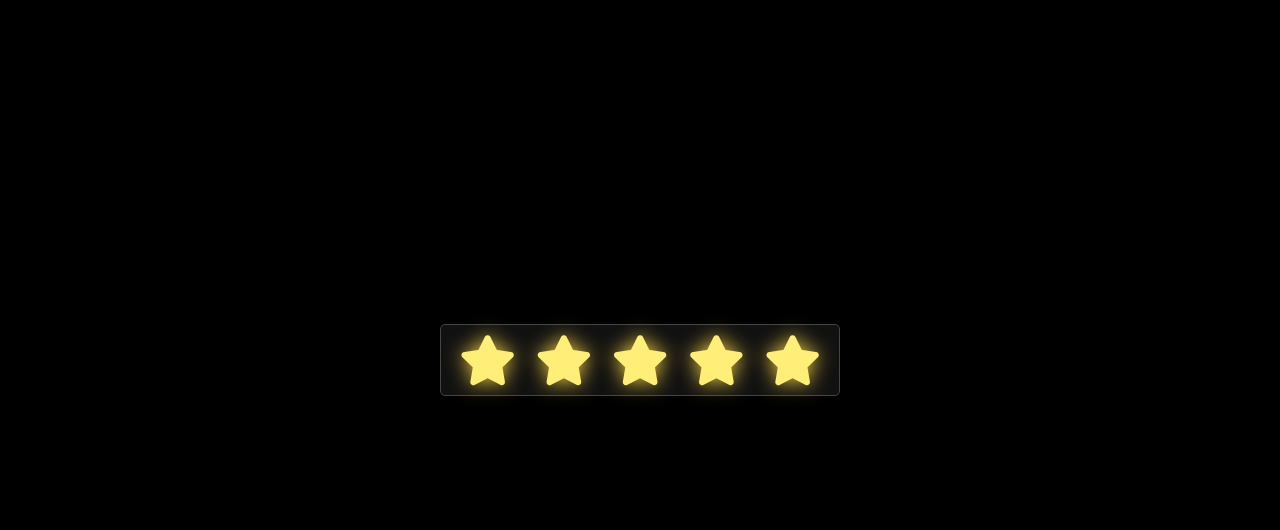
Repository: Suryansh-D/Star-Ratings
Page: index.html
These files come from the project's save history. The page is drawn as it stood at one moment and after a run of saves; the edit follows.
The browser window is 1280 px wide. The pictures show the whole page.
The first `input` is checked.

Above is the page before, as saved 2024-02-03 10:20:53.

After the next 5 saves:
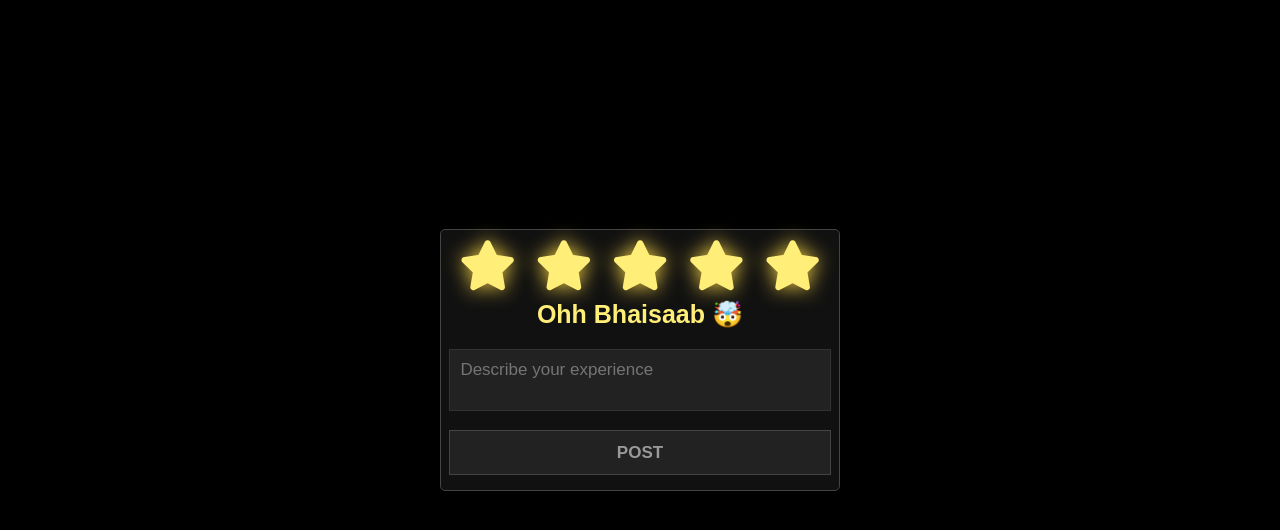
The 5 saves are shown as one change because they came seconds apart.
The last was saved 26 s later.
--- a/style.css
+++ b/style.css
@@ -83,7 +83,9 @@ input#rate-1:checked ~ label{
 
 .container form{
     display: none;
-
+}
+input:checked ~ form{
+    display: block;
 }
 form header{
     width:100%;
